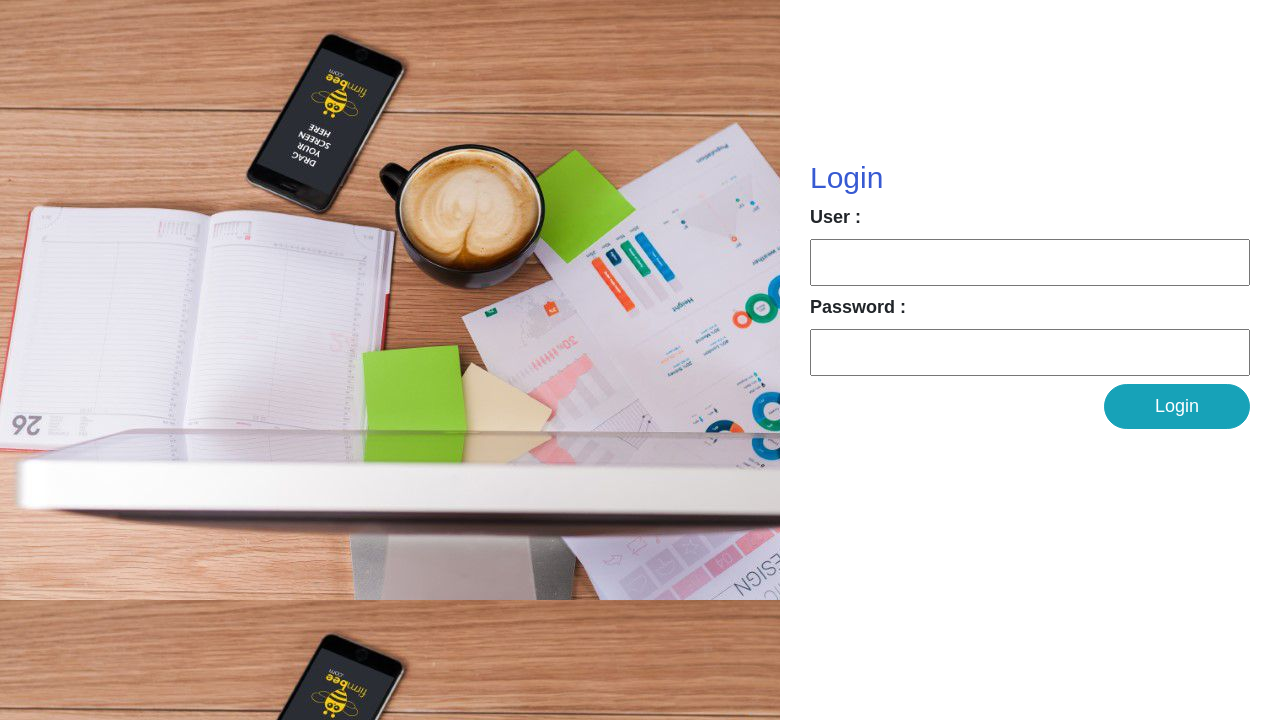
Repository: bayulalu/sekolah-orgaisasi
Page: http://localhost/login-user
An editor plug-in stored every save of this project. The page is shown before and after the next save, followed by the edit.
The browser window is 1280 px wide. The pictures show the whole page.
The page is served by the project's Laravel application, run on PHP 8.4 with Laravel 8. Other server files are loaded and not shown.

Above is the page before, as saved 2020-07-25 05:30:18.

### routes/web.php
<?php

use Illuminate\Support\Facades\Route;



// Route::get('/', function () {
//     return view('welcome');
// });



Route::get('/login-user', 'AuthController@login')->name('login');
Route::post('/login-user', 'AuthController@postLogin')->name('login');
Route::get('/event', 'ArtikelController@event')->name('event');

Route::group(['middleware' => 'auth'], function(){

    Route::get('/register-user','AuthController@registerUser')->name('register');
    Route::post('/register-user','AuthController@storeUser')->name('register');
    Route::get('/logout', 'AuthController@logout' )->name('logout');

    Route::get('/create-envet', 'ArtikelController@create')->name('create-event');
    Route::post('/create-envet', 'ArtikelController@store')->name('create-event');

    Route::get('/event-delete/{slug}', 'ArtikelController@delete');
    Route::get('/event-update/{slug}', 'ArtikelController@edit');
    Route::post('/event-update/{slug}', 'ArtikelController@update');
});

Route::get('/', 'ArtikelController@index')->name('home');
Route::get('/event/{slug}', 'ArtikelController@showDetail')->name('singgel-event');


// Route::get('/tes', function () {
//     return view('gush.singgle');

// });

// Auth::routes();

// Route::get('/home', 'HomeController@index')->name('home');

### app/Http/Controllers/AuthController.php
<?php

namespace App\Http\Controllers;

use Auth;
use Illuminate\Http\Request;
use App\Models\User;
use Illuminate\Support\Facades\Auth as FacadesAuth;

class AuthController extends Controller
{
    public function login()
    {
        return view('auth2.login');
    }

    public function postLogin(Request $request)
    {
        // die('mask');

        $this->validate($request, [
            'user' => 'required',
            'password' => 'required'
        ]);


        $users = auth()->attempt(['user' => $request->user, 'password' => $request->password]);

        if (!$users) {
            return redirect()->back()->withInput($request->only('user', 'password'));
        }

        return redirect()->route('home');
    }

    public function registerUser()
    {
        if(Auth::user()->level != 1){
            return redirect()->route('home');

        }


        return view('auth2.register');
    }

    public function storeUser(Request $request)
    {

        if(Auth::user()->level != 1){
            return redirect()->route('home');

        }

        $this->validate($request, [
            'name' => 'required',
            'user' => 'required|unique:users',
            'organisasi' => 'required',
            'password' => 'required|string'
        ]);


      User::create([
            'name' => $request->name,
            'user' => $request->user,
            'status' => $request->organisasi,
            'password' =>  bcrypt($request->password),
            'level' => 2,
        ]);

        return redirect()->route('register')->with('msg','User Berhasil Di Tambah');


    }



    public function logout()
    {
        Auth::logout();
        return redirect()->route('home');
    }
}

### resources/views/auth2/login.blade.php

<!DOCTYPE html>
<html lang="en">
<head>
    <meta charset="UTF-8">
    <meta name="viewport" content="width=device-width, initial-scale=1.0">
    <meta http-equiv="X-UA-Compatible" content="ie=edge">
    <title>Login</title>
</head>
<link href="{{ asset('lib/bootstrap/css/bootstrap.min.css') }}" rel="stylesheet">

    <link rel="stylesheet" href="{{ asset('css/login.css') }}">
<body>
    <div class="d1">

    </div>
    <div class="login">
      <form class="" action="index.html" method="post">
        @csrf
        <h2>Login </h2>
        <label for="">User :</label>
        <input class="txtb" type="text" name="user" value="">
        <label for="">Password :</label>
        <input class="txtb" type="password" name="password" value="">
        <div class="check">

      </div>
            <input class="btn btn-info login-btn" type="button" name="" value="Login">
      </form>
    </div>
</body>
</html>

### public/css/login.css
body,
html {
    margin: 0;
    padding: 0;
    height: 100%;
    font-family: sans-serif;
}
.d1 {
    width: 70%;
    height: 100%;
    overflow: hidden;
    float: left;
    /* background: ("../img/intro-bg.png") center; */
    background-image: url("../img/login.jpg")  ;
    /* background-repeat: no-repeat; */
}
.login {
    position: fixed;
    overflow: hidden;
    width: 100%;
    max-width: 500px;
    right: 0;
    margin: 0;
    background: #fff;
    height: 100%;
    z-index: 1;
}
.login form {
    margin: 160px 30px;
}
.login h2 {
    font-size: 30px;
    color: #385ad2;
}
.login label {
    display: block;
    font-size: 18px;
    font-weight: 700;
    margin: 8px 0;
}
.txtb {
    width: 100%;
    padding: 8px 0;
    font-size: 18px;
}
.check {
    margin: 8px 0;
}
.login-btn {
    float: right;
    font-size: 18px;
    padding: 8px 50px;
    color: white;
    border-radius: 25px;;
}

Loaded but not shown: app/Http/Controllers/Controller.php (common file); public/lib/bootstrap/css/bootstrap.min.css (library)

After the next save:
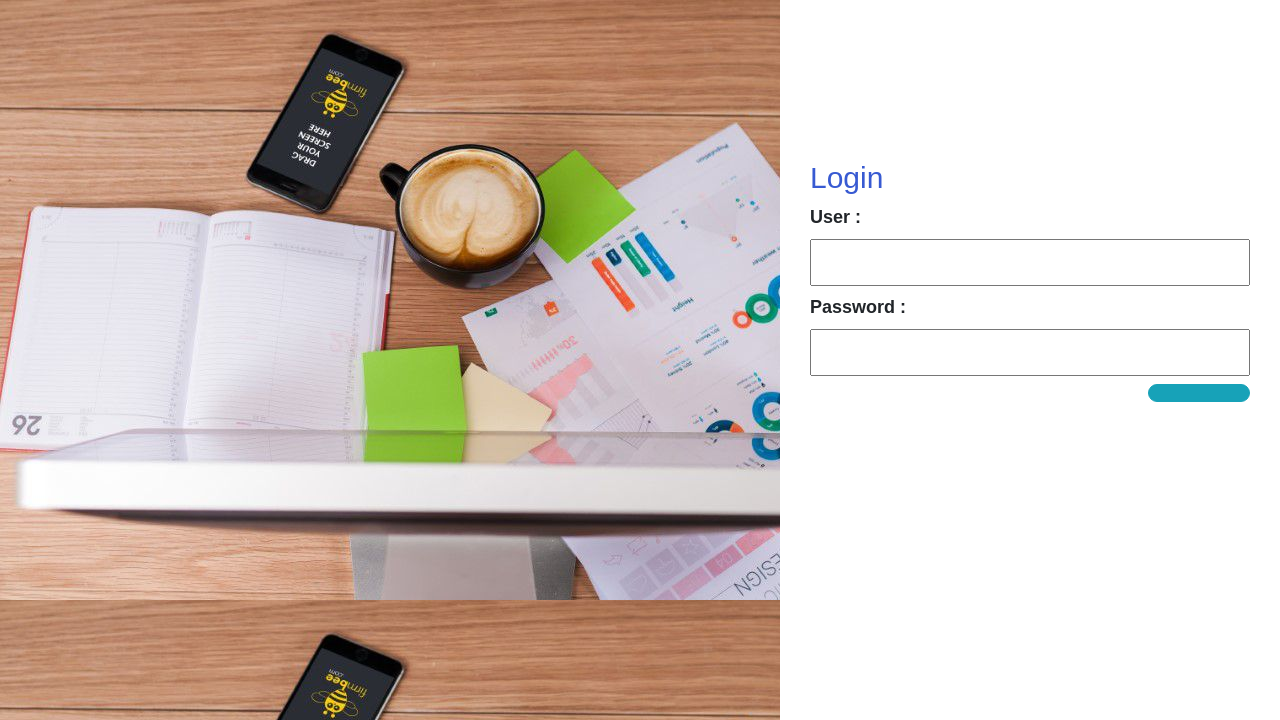
Saved 52 s later.
--- a/resources/views/auth2/login.blade.php
+++ b/resources/views/auth2/login.blade.php
@@ -25,7 +25,8 @@
         <div class="check">
 
       </div>
-            <input class="btn btn-info login-btn" type="button" name="" value="Login">
+        <button type="submit" class="btn btn-info login-btn"></button>
+            {{-- <input class="btn btn-info login-btn" type="submit" name="" value="Login"> --}}
       </form>
     </div>
 </body>

After the save that followed:
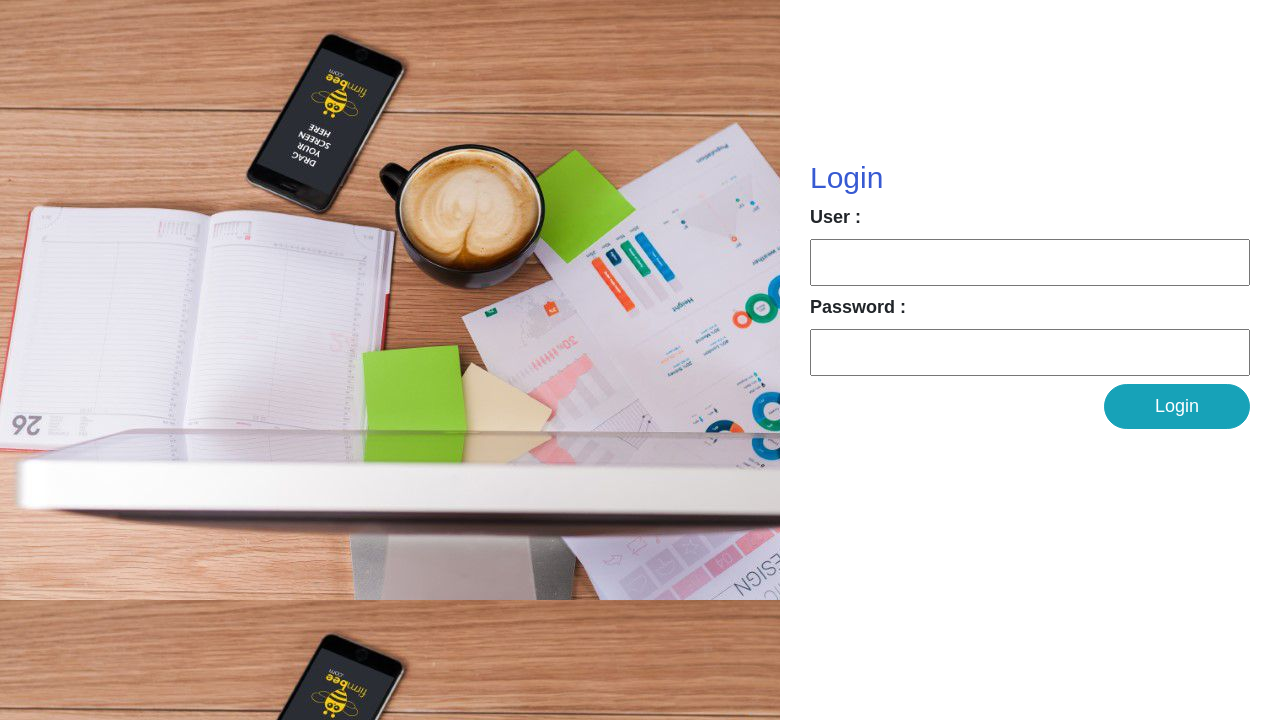
Saved 12 s later.
--- a/resources/views/auth2/login.blade.php
+++ b/resources/views/auth2/login.blade.php
@@ -25,7 +25,7 @@
         <div class="check">
 
       </div>
-        <button type="submit" class="btn btn-info login-btn"></button>
+        <button type="submit" class="btn btn-info login-btn">Login</button>
             {{-- <input class="btn btn-info login-btn" type="submit" name="" value="Login"> --}}
       </form>
     </div>
